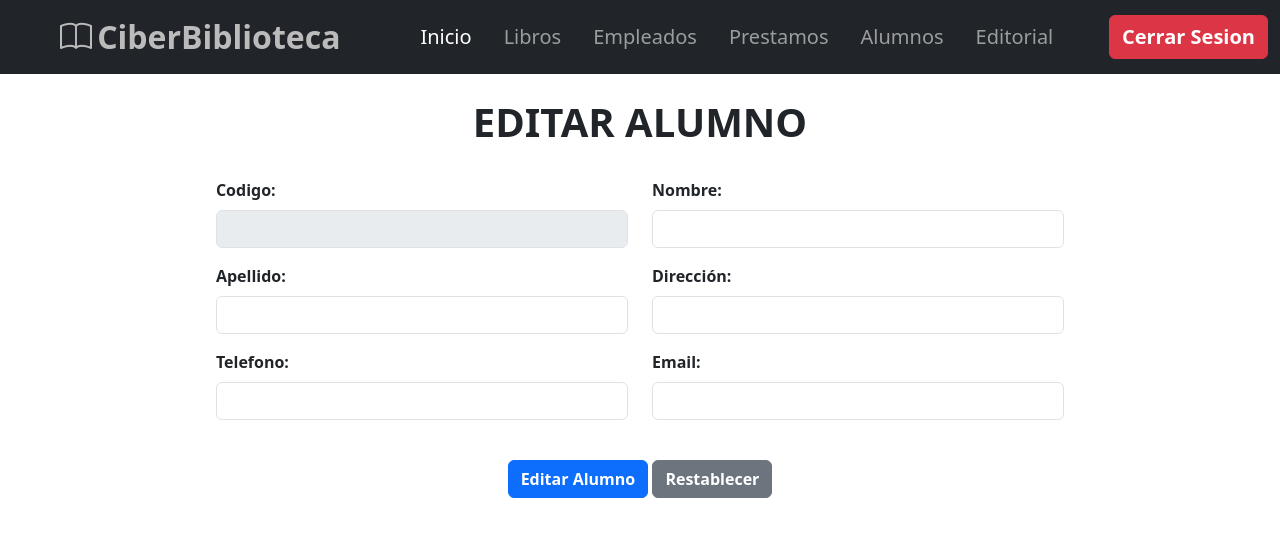
Repository: WilmerOcampo/LP1_Biblioteca
Page: http://localhost/Proyecto/editarAlumno.jsp
The author's editor kept a copy of each file at every save. The page is drawn from the files as they stood at one save, then again after the next save.
The browser window is 1280 px wide. The pictures show the whole page.
The page is served by Tomcat 10.

Above is the page before, as saved 2023-05-31 18:07:14.

After the next save:
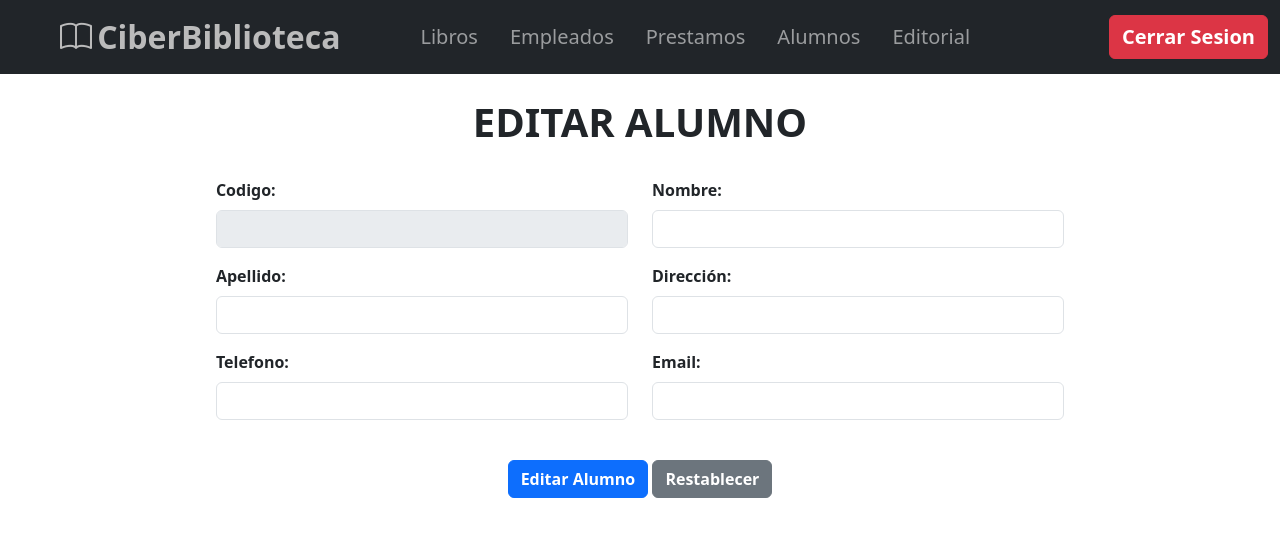
Saved 5 s later.
--- a/Proyecto/src/main/webapp/editarAlumno.jsp
+++ b/Proyecto/src/main/webapp/editarAlumno.jsp
@@ -27,9 +27,6 @@
           <!-- elementos del menu colapsable -->
         <div class="collapse navbar-collapse" id="menu">
             <ul class="navbar-nav me-auto" style="font-size: 20px">
-                  <li class="nav-item" style="margin:0 0.5rem">
-                    <a class="nav-link active" aria-current="page" href="index.jsp">Inicio</a>
-                  </li>
                   <li class="nav-item" style="margin:0 0.5rem">
                     <a class="nav-link" href="listaLibros.jsp">Libros</a>
                   </li>
